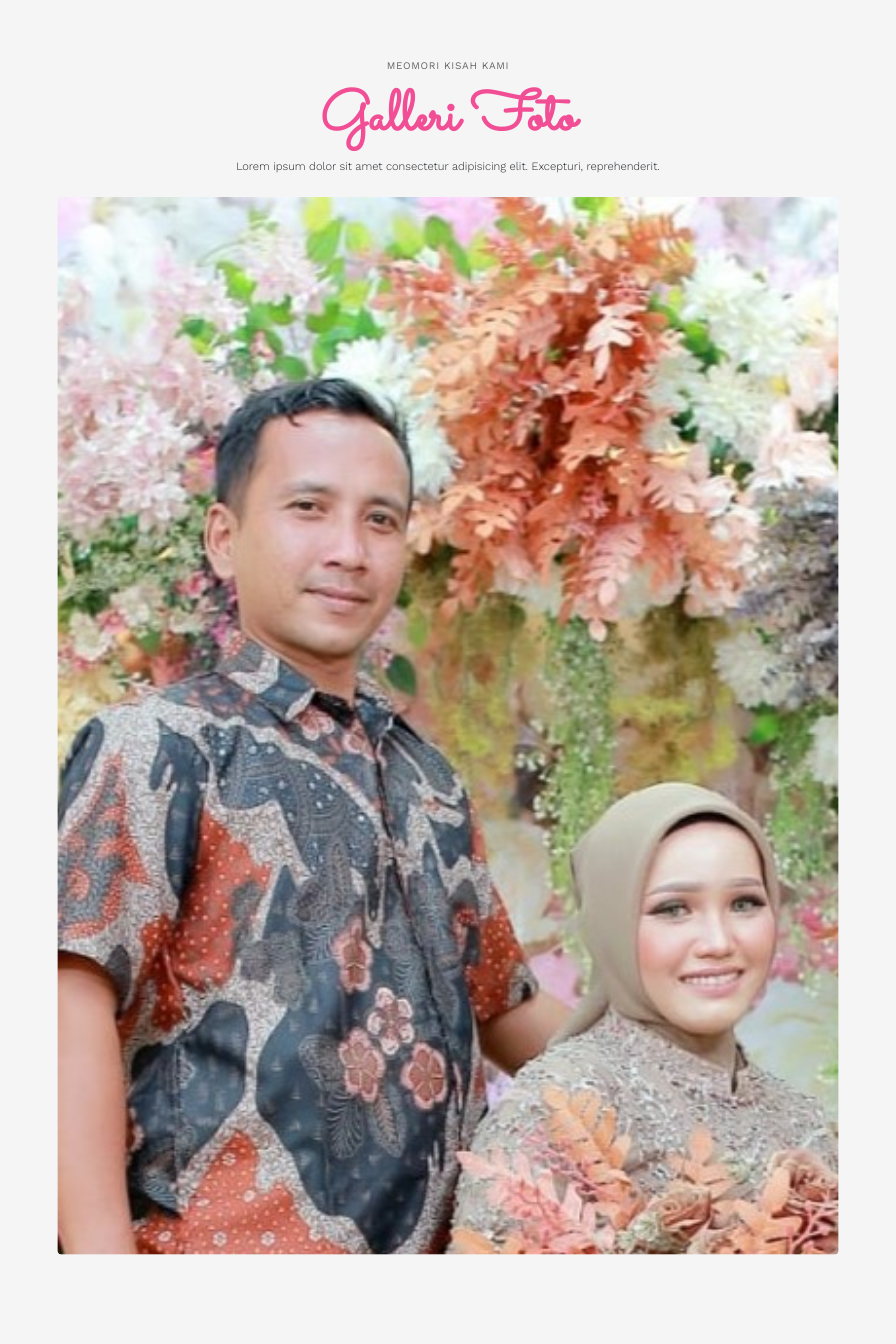
Repository: sellayspy/invitation
Page: index.html
These files come from the project's save history. The page is drawn as it stood at one moment and after the next save; the edit follows.
The browser window is 1280 px wide. The pictures show the part of the page from y = 3966 to 5886 px (the page is 5886 px tall before and 5114 px after), at 70% of full size.

Above is the page before, as saved 2024-07-08 20:21:25.

### index.html
<!DOCTYPE html>
<html lang="en">
  <head>
    <meta charset="utf-8" />
    <meta name="viewport" content="width=device-width, initial-scale=1" />
    <title>Dela & Roni</title>
    <link
      href="https://cdn.jsdelivr.net/npm/bootstrap@5.3.3/dist/css/bootstrap.min.css"
      rel="stylesheet"
      integrity="sha384-QWTKZyjpPEjISv5WaRU9OFeRpok6YctnYmDr5pNlyT2bRjXh0JMhjY6hW+ALEwIH"
      crossorigin="anonymous"
    />
    <link rel="preconnect" href="https://fonts.googleapis.com" />
    <link rel="preconnect" href="https://fonts.gstatic.com" crossorigin />
    <link
      href="https://fonts.googleapis.com/css2?family=Sacramento&family=Work+Sans:ital,wght@0,100..900;1,100..900&display=swap"
      rel="stylesheet"
    />

    <!--Simple Coutdown-->
    <link rel="stylesheet" href="coutdown/simplyCountdown.theme.default.css" />
    <script src="coutdown/simplyCountdown.min.js"></script>

    <!--Custom CSS Icon-->
    <link rel="stylesheet" href="https://cdn.jsdelivr.net/npm/bootstrap-icons@1.11.3/font/bootstrap-icons.min.css">

    <link rel="stylesheet" href="style.css" />
  </head>
  <body>
    <section
      id="hero"
      class="hero w-100 h-100 p-3 mx-auto text-center d-flex justify-content-center align-items-center text-white"
    >
      <main>
        <h4>Kepada Bapak/Ibu/Saudara/i,</h4>
        <h1>Dela Sri Aprialini & Roni Sahroni</h1>
        <p>Akan melangsungkan resepsi pernikahan dalam:</p>
        <div class="simply-countdown"></div>
        <a href="#undangan" class="btn btn-lg mt-4">Lihat Undangan</a>
      </main>
    </section>

    <nav class="navbar navbar-expand-md bg-transparent sticky-top mynavbar">
      <div class="container">
        <a class="navbar-brand" href="#">Spy</a>
        <button
          class="navbar-toggler border-0"
          type="button"
          data-bs-toggle="offcanvas"
          data-bs-target="#offcanvasNavbar"
          aria-controls="offcanvasNavbar"
          aria-label="Toggle navigation"
        >
          <span class="navbar-toggler-icon"></span>
        </button>
        <div
          class="offcanvas offcanvas-end"
          tabindex="-1"
          id="offcanvasNavbar"
          aria-labelledby="offcanvasNavbarLabel"
        >
          <div class="offcanvas-header">
            <h5 class="offcanvas-title" id="offcanvasNavbarLabel">Spy</h5>
            <button
              type="button"
              class="btn-close"
              data-bs-dismiss="offcanvas"
              aria-label="Close"
            ></button>
          </div>
          <div class="offcanvas-body">
            <div class="navbar-nav ms-auto">
              <a class="nav-link" href="#home">Home</a>
              <a class="nav-link" href="#info">Info</a>
              <a class="nav-link" href="#story">Story</a>
              <a class="nav-link" href="#gallery">Gallery</a>
              <a class="nav-link" href="#rsvp">RSVP</a>
              <a class="nav-link" href="#gifts">Gifts</a>
            </div>
          </div>
        </div>
      </div>
    </nav>

    <section id="home" class="home">
      <div class="container">
        <div class="row justify-content-center">
          <div class="col-md-8 text-center">
            <h2>Acara Pernikahan</h2>
            <h3>
              Diselenggarakan pada 04 oktober 2024 di Tasikmalaya, Jawa Barat
            </h3>
            <p>
              Oleh karena itu, dengan segala hormat, kami bermaksud untuk
              mengundang Bapak/Ibu, Saudara/i, untuk hadir pada acara pernikahan
              kami.
            </p>
          </div>
        </div>

        <div class="row couple">
          <div class="col-lg-6">
            <div class="row">
              <div class="col-8 text-end">
                <h3>Roni Sahroni</h3>
                <p>
                  Lorem ipsum dolor, sit amet consectetur adipisicing elit. Quis
                  rerum qui, placeat harum quod saepe eius necessitatibus sunt
                  doloremque! Aperiam, laborum doloribus quos sit et adipisci
                  molestias iure sunt dolorum?
                </p>
                <p>
                  Putra dari Bpk. Lorem <br />
                  dan Ibu Ipsum
                </p>
              </div>
              <div class="col-4">
                <img
                  src="img/Desain tanpa judul (1).jpg"
                  alt="Roni Sahroni"
                  class="img-responsive rounded-circle"
                />
              </div>
            </div>
          </div>

          <span class="heart"><i class="bi bi-heart-fill"></i></span>

          <div class="col-lg-6">
            <div class="row">
              <div class="col-4">
                <img
                  src="img/Desain tanpa judul (2).jpg"
                  alt="Dela Sri"
                  class="img-responsive rounded-circle"
                />
              </div>
              <div class="col-8">
                <h3>Dela Sri</h3>
                </h3>
                <p>
                  Lorem ipsum dolor, sit amet consectetur adipisicing elit. Quis
                  rerum qui, placeat harum quod saepe eius necessitatibus sunt
                  doloremque! Aperiam, laborum doloribus quos sit et adipisci
                  molestias iure sunt dolorum?
                </p>
                <p>
                  Putra dari Bpk. Lorem <br />
                  dan Ibu Ipsum
                </p>
              </div>
            </div>
          </div>
        </div>
      </div>
    </section>

    <section id="info" class="info">
      <div class="container">
        <div class="row justify-content-center">
          <div class="col-md-8 col-10 text-center">
            <h2>Informasi Acara</h2>
            <p class="alamat">Alamat: Gedung Kologdam, Kodiklat TNI AL AD. <br> Jl. Kologdam No. 1, Kec. Bandung</p>
            <a href="https://maps.app.goo.gl/j2RVmCKoAZy6CYFM9" target="_blank" class="btn btn-light btn-sm my-3">Klik untuk membuka peta</a>
            <p class="description">Diharapkan untuk tidak salah tempatkan acara</p>
          </div>
        </div>

        <div class="row justify-content-center mt-4">
          <div class="col-md-5 col-10">
            <div class="card text-center text-bg-light mb-5">
         <div class="card-header">Akad Nikah</div>
              <div class="card-body">
                <div class="row justify-content-center">
                  <div class="col-md-6">
                    <i class="bi bi-clock d-block"></i>
                    <span>08.00 - 10.00</span>
                  </div>
                  <div class="col-md-6">
                    <i class="bi bi-calendar3 d-block"></i>
                    <span>Jum'at, 04 Oktober 2023</span>
                  </div>
                </div>
             </div>
         <div class="card-footer">
          Saat acara akad diharapkan untuk kondusif menjaga kehidmatan dan kekhsyuan seluruh prosesi.
        </div>
          </div>
          </div>

          <div class="col-md-5 col-10">
            <div class="card text-center text-bg-light">
         <div class="card-header">Resepsi</div>
              <div class="card-body">
                <div class="row justify-content-center">
                  <div class="col-md-6">
                    <i class="bi bi-clock d-block"></i>
                    <span>11.00 - selesai</span>
                  </div>
                  <div class="col-md-6">
                    <i class="bi bi-calendar3 d-block"></i>
                    <span>Jum'at, 04 Oktober 2023</span>
                  </div>
                </div>
             </div>
         <div class="card-footer">
          Saat acara akad diharapkan untuk kondusif menjaga kehidmatan dan kekhsyuan seluruh prosesi.
        </div>
          </div>
          </div>
        </div>
      </div>
    </section>

    <section id="story" class="story">
      <div class="container">
        <div class="row justify-content-center">
          <div class="col-md-8 col-10 text-center">
            <span>Bagiamana Cinta Kami Bersemi</span>
            <h2>Cerita Kami</h2>
            <p>Lorem ipsum dolor sit amet, consectetur adipisicing elit. Ipsa nemo ab fuga, est eaque quia temporibus tempore reiciendis illo optio officiis maiores aut, doloribus fugit ullam repellat facere? Ea, nostrum!</p>
          </div>
        </div>
        <div class="row">
          <div class="col">
            <ul class="timeline">
              <li>
                <div class="timeline-image" style="background-image: url(img/img-4.jpg);"></div>
                <div class="timeline-panel">
                  <div class="timeline-heading">
                  <h3>Pertama Bertemu</h3>
                  <span>1 Januari 2023</span>
                </div>
                <div class="timeline-body">
                  <p>Lorem ipsum dolor sit amet consectetur adipisicing elit. Quae modi cumque alias consequuntur ab quod.</p>
                </div>
                </div>

              </li>
              <li class="timeline-inverted">
                <div class="timeline-image" style="background-image: url(https://picsum.photos/300/300);"></div>
                <div class="timeline-panel">
                  <div class="timeline-heading">
                  <h3>Mulai Serius</h3>
                  <span>3 Februari 2023</span>
                </div>
                <div class="timeline-body">
                  <p>Lorem ipsum dolor sit amet consectetur adipisicing elit. Quae modi cumque alias consequuntur ab quod.</p>
                </div>
                </div>

              </li>
              <li>
                <div class="timeline-image" style="background-image: url(https://picsum.photos/301/301);"></div>
                <div class="timeline-panel">
                  <div class="timeline-heading">
                  <h3>Tunangan</h3>
                  <span>1 Maret 2023</span>
                </div>
                <div class="timeline-body">
                  <p>Lorem ipsum dolor sit amet consectetur adipisicing elit. Quae modi cumque alias consequuntur ab quod.</p>
                </div>
                </div>

              </li>
            </ul>
          </div>
        </div>
      </div>
    </section>

    <section id="gallery" class="gallery">
      <div class="container">
        <div class="row justify-content-center">
          <div class="col-md-8 col-10 text-center">
            <span>Meomori Kisah Kami</span>
            <h2>Galleri Foto</h2>
            <p>Lorem ipsum dolor sit amet consectetur adipisicing elit. Excepturi, reprehenderit.</p>
          </div>
        </div>
        <div class="row row-col-md-3 row-col-sm-2 row-col-1">
          <div class="col mt-3">
            <a href="img/gallery/IMG-20240708-WA0007.jpg">
              <img src="img/gallery/thumbnail/IMG-20240708-WA0007.jpg" alt="Dela" class="img-fluid w-100 rounded">
            </a>
          </div>
        </div>
      </div>
    </section>

    <script
      src="https://cdn.jsdelivr.net/npm/bootstrap@5.3.3/dist/js/bootstrap.bundle.min.js"
      integrity="sha384-YvpcrYf0tY3lHB60NNkmXc5s9fDVZLESaAA55NDzOxhy9GkcIdslK1eN7N6jIeHz"
      crossorigin="anonymous"
    ></script>

    <script>
      simplyCountdown(".simply-countdown", {
        year: 2024, // required
        month: 10, // required
        day: 4, // required
        hours: 8, // Default is 0 [0-23] integer
        words: {
          //words displayed into the countdown
          days: { singular: "hari", plural: "hari" },
          hours: { singular: "jam", plural: "jam" },
          minutes: { singular: "menit", plural: "menit" },
          seconds: { singular: "detik", plural: "detik" },
        },
      });
    </script>

    <script>

      const hamburger = document.querySelector(".navbar-toggler");

      const stickyTop = document.querySelector(".sticky-top");

      hamburger.addEventListener("click", () => {
        stickyTop.style.overflow = 'visible'
      });

      const offCanvas = document.querySelector(".offcanvas");

      offCanvas.addEventListener("hidden.bs.offcanvas", () => {
        stickyTop.style.overflow = 'hidden'
      });

    </script>
  </body>
</html>

### coutdown/simplyCountdown.theme.default.css
.simply-countdown {
  overflow: hidden;
  display: table;
  font-family: "Arial", sans-serif;
  margin: auto;
}
.simply-countdown > .simply-section {
  width: 50px;
  height: 50px;
  padding: 80px;
  display: flex;
  align-items: center;
  justify-content: center;
  float: left;
  margin: 10px;
  background: var(--pink);
  box-shadow: 0 1px 3px rgba(0, 0, 0, 0.12), 0 1px 2px rgba(0, 0, 0, 0.24);
  border-radius: 50%;
}
.simply-countdown > .simply-section .simply-amount,
.simply-countdown > .simply-section .simply-word {
  display: block;
  text-align: center;
}
.simply-countdown > .simply-section .simply-amount {
  font-size: 1.6rem;
}

### style.css
:root {
  --pink: #f14e95;

  --bg: #0a0a0a;

  --shadow: 0 2px 2px rgb(0 0 0/ 0.5);
}

body {
  font-size: 1.2rem;
  font-family: "Work Sans", sans-serif;
  min-height: 4000px;
}

.hero::before {
  content: "";
  position: absolute;
  top: 0;
  left: 0;
  height: 100%;
  width: 100%;
  background-image: url(img/gambar-1.jpg);
  background-size: cover;
  background-position: center;
  z-index: -1;
  filter: blur(2px);
}

.hero {
  position: relative;
  min-height: 100vh;
}

.hero h1,
.hero h4,
.hero p {
  text-shadow: var(--shadow);
}

.hero h1 {
  font-family: "Sacramento", cursive;
  font-size: 6rem;
}

.hero h4 {
  font-size: 1.6rem;
}

.hero p {
  font-size: 1.4rem;
}

.hero a {
  color: var(--pink);

  background-color: white;

  box-shadow: var(--shadow);
}

.hero a:hover {
  background-color: var(--pink);
  color: white;
}

.mynavbar {
  background-color: rgba(255, 255, 255, 0.4) !important;
  backdrop-filter: blur(4px);
}

.mynavbar .offcanvas {
  height: 100vh;
}

.mynavbar .navbar-brand,
.mynavbar .offcanvas-title {
  font-family: "Sacramento", cursive;
  font-size: 3.2rem;
  font-weight: bold;
}

.mynavbar .nav-link {
  text-transform: uppercase;
}

.home {
  background-image: url(img/Desain\ tanpa\ judul.png);
  background-size: cover;
  min-height: 100vh;
  margin-top: -6rem;
  padding-top: 15rem;
  padding-bottom: 5rem;
}

.home h2,
.info h2,
.story h2,
.gallery h2 {
  color: var(--pink);
  font-family: "Sacramento", cursive;
  font-size: 5rem;
  font-weight: bold;
}

.home h3 {
  color: #444;
  font-size: 1.5rem;
  margin-bottom: 1rem;
}

.home p {
  font-size: 1.1rem;
  color: #666;
}

.home .couple {
  margin-top: 100px;
}

.home .couple h3 {
  font-family: "Sacramento";
  font-size: 2.4rem;
  color: var(--pink);
}

.home .couple img {
  width: 100%;
}

.home .heart {
  width: 50px;
  height: 50px;
  background-color: white;
  display: flex;
  border-radius: 50%;
  box-shadow: 0 0 5px rgba(0, 0, 0, 0.5);
  position: absolute;
  left: 50%;
  transform: translateX(-50%) translateY(65px);
}

.home .heart i {
  margin: auto;
  color: var(--pink);
}

.info {
  background-color: var(--bg);
  color: white;
  padding-top: 10rem;
  padding-bottom: 8rem;
}

.info .alamat {
  font-size: 1.1rem;
}

.info .description {
  font-size: 1rem;
  font-weight: 300;
}

.info .card {
  background-color: rgba(255, 255, 255, 0.2) !important;
  color: white !important;
  border: 1px solid #999;
}

.info .card-header {
  border: 1px solid #999;
  text-transform: uppercase;
  letter-spacing: 0.1rem;
}

.info .card-body {
  font-size: 1rem;
}

.info .card-footer {
  border-top: 1px solid #999;
  font-size: 0.9rem;
  font-weight: 300;
}

.story,
.gallery {
  padding-top: 10rem;
  padding-bottom: 8rem;
}

.story span,
.gallery span {
  text-transform: uppercase;
  color: #666;
  font-size: 0.9rem;
  letter-spacing: 1px;
  margin-bottom: 1rem;
  display: block;
}

.story p,
.gallery p {
  font-size: 1rem;
  font-weight: 300;
}

.timeline {
  list-style: none;
  padding: 1.4rem;
  margin-top: 1rem;
  position: relative;
}

.timeline::before {
  content: "";
  top: 0;
  bottom: 0;
  position: absolute;
  width: 1px;
  background-color: #ccc;
  left: 50%;
}

.timeline li {
  margin-bottom: 1.5rem;
  position: relative;
}

.timeline li::before,
.timeline li::after {
  content: "";
  display: table;
}

.timeline li::after {
  clear: both;
}

.timeline li .timeline-image {
  width: 160px;
  height: 160px;
  background-color: #ccc;
  position: absolute;
  left: 50%;
  transform: translateX(-50%);
  border-radius: 50%;
  background-size: cover;
  background-position: center;
  background-repeat: no-repeat;
}

.timeline li .timeline-panel {
  width: 40%;
  float: left;
  border: 1px solid #ccc;
  padding: 2rem;
  position: relative;
  border-radius: 8px;
}

.timeline li .timeline-panel::before {
  content: "";
  display: inline-block;
  position: absolute;
  border-top: 15px solid transparent;
  border-left: 15px solid #ccc;
  border-right: 0 solid #ccc;
  border-bottom: 15px solid transparent;
  top: 80px;
  right: -15px;
}

.timeline li .timeline-panel::after {
  content: "";
  position: absolute;
  display: inline-block;
  border-top: 14px solid transparent;
  border-left: 14px solid #fff;
  border-right: 0 solid #fff;
  border-bottom: 14px solid transparent;
  top: 81px;
  right: -13px;
}

.timeline li.timeline-inverted .timeline-panel {
  float: right;
}

.timeline li.timeline-inverted .timeline-panel::before {
  border-left-width: 0;
  border-right-width: 15px;
  left: -15px;
  right: auto;
}

.timeline li.timeline-inverted .timeline-panel::after {
  border-left-width: 0;
  border-right-width: 14px;
  left: -13px;
  right: auto;
}

.gallery {
  background-color: #f5f5f5;
}

/* Media Query */

/* Extra large devices (large laptops and desktops, 1200px and up) */

@media (max-width: 1200px) {
  .home .heart {
    transform: translateX(-50%) translateY(45px);
  }
}

/* Laptop */
@media (max-width: 992px) {
  html {
    font-size: 75%;
  }
  .simply-countdown > .simply-section {
    padding: 70px;
  }

  .home .heart {
    display: none;
  }

  .timeline::before {
    left: 60px;
  }

  .timeline li .timeline-image {
    left: 15px;
    margin-left: 45px;
    top: 16px;
  }

  .timeline li .timeline-panel {
    width: calc((100%-200px));
    float: right;
  }

  .timeline li .timeline-panel::before {
    border-left-width: 0;
    border-right-width: 15px;
    left: -15px;
    right: auto;
  }

  .timeline li .timeline-panel::after {
    border-left-width: 0;
    border-right-width: 14px;
    left: -13px;
    right: auto;
  }
}

/* Tablet */
@media (max-width: 768px) {
  html {
    font-size: 65%;
  }
  .simply-countdown > .simply-section {
    padding: 60px;
    margin: 5px;
  }

  .mynavbar .nav-link {
    font-size: 2rem;
    text-align: center;
  }

  .sticky-top {
    overflow: hidden;
  }

  .timeline li .timeline-image {
    width: 140px;
    height: 140px;
  }
}

/* mobile phone */
@media (max-width: 576px) {
  html {
    font-size: 55%;
  }
  .simply-countdown > .simply-section {
    padding: 45px;
    margin: 3px;
  }

  .timeline li .timeline-image {
    width: 80px;
    height: 80px;
  }

  .timeline li .timeline-panel {
    width: 65%;
    transform: translateX(-20px);
  }

  .timeline li .timeline-panel::before {
    top: 30px;
  }

  .timeline li .timeline-panel::after {
    top: 31px;
  }
}

Loaded but not shown: coutdown/simplyCountdown.min.js (library)

After the next save:
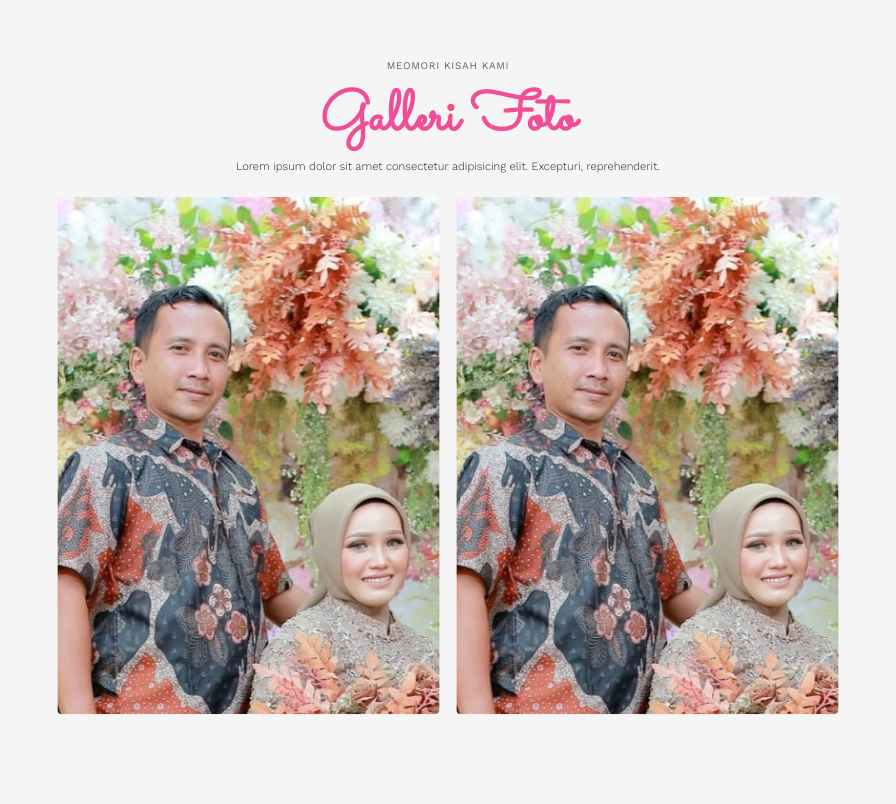
Saved 60 s later.
--- a/index.html
+++ b/index.html
@@ -284,6 +284,11 @@
               <img src="img/gallery/thumbnail/IMG-20240708-WA0007.jpg" alt="Dela" class="img-fluid w-100 rounded">
             </a>
           </div>
+          <div class="col mt-3">
+            <a href="img/gallery/IMG-20240708-WA0007.jpg">
+              <img src="img/gallery/thumbnail/IMG-20240708-WA0007.jpg" alt="Dela" class="img-fluid w-100 rounded">
+            </a>
+          </div>
         </div>
       </div>
     </section>
